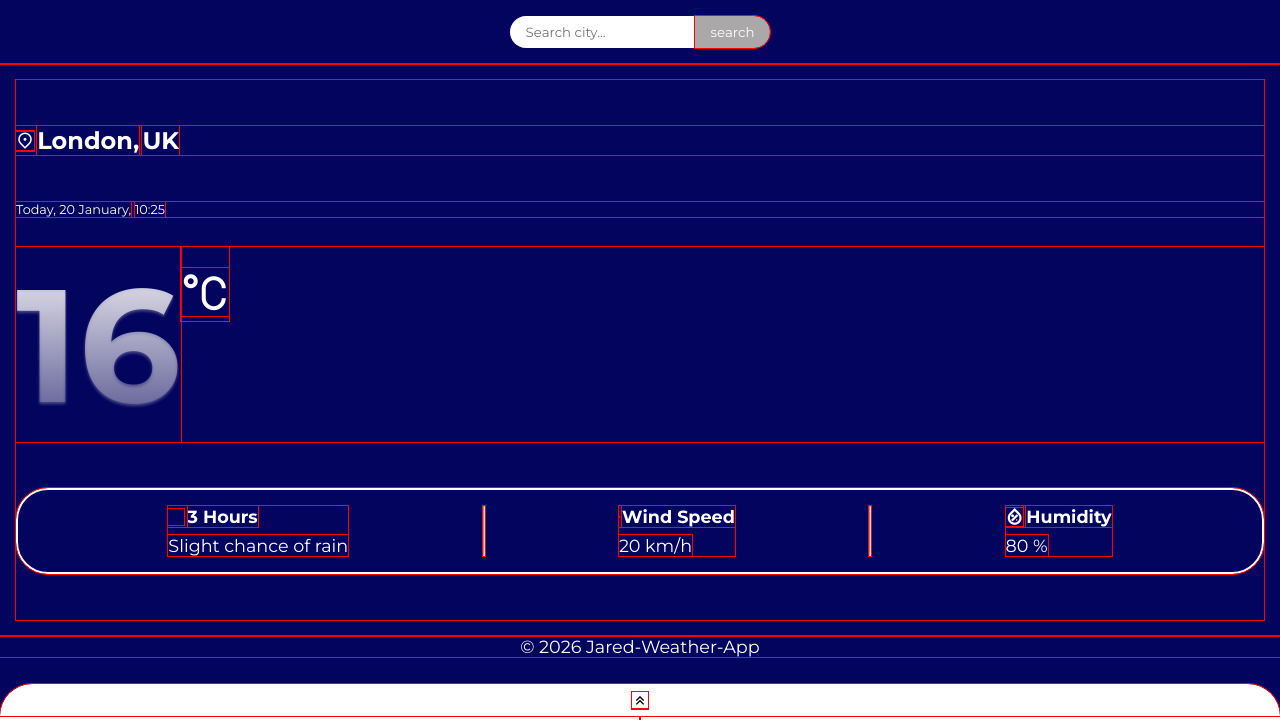
Repository: EguJaredoBoyd/Jared-Weather-App
Page: main.html
These files come from the project's save history. The page is drawn as it stood at one moment and after the next save; the edit follows.
The browser window is 1280 px wide. The pictures show the whole page.
Some icons come from a web library that is not loaded, so they are not drawn. Some web libraries are served in a nearby version.

Above is the page before, as saved 2026-02-09 02:45:27.

### main.html
<!doctype html>
<html lang="en">
  <head>
    <meta charset="UTF-8" />
    <meta name="viewport" content="width=device-width, initial-scale=1.0" />
    <link rel="preconnect" href="https://fonts.googleapis.com" />
    <link rel="preconnect" href="https://fonts.gstatic.com" crossorigin />
    <link
      href="https://fonts.googleapis.com/css2?family=Montserrat:ital,wght@0,100..900;1,100..900&display=swap"
      rel="stylesheet"
    />
    <link
      href="https://cdn.jsdelivr.net/npm/remixicon@4.8.0/fonts/remixicon.css"
      rel="stylesheet"
    />
    <link rel="stylesheet" href="./css/styles.css" />
    <script src="./js/main.js" defer></script>
    <script src="./js/weather.js" defer></script>
    <title>Jared-Weather-App</title>
  </head>
  <body class="weather-app">
    <div class="weather-app__container">
      <header>
        <div class="search-place">
          <input
            type="text"
            placeholder="Search city..."
            aria-label="Search city"
            id="search-input"
          />
          <button id="search-button">search</button>
        </div>
      </header>
      <main>
        <section class="current-weather">
          <div class="place-searched">
            <i class="ri-map-pin-2-line"></i>
            <div class="place-name">
              <h3 class="city-name">London,</h3>
              <h3 id="country-name">UK</h3>
            </div>
          </div>
          <div class="date-today">
            <time datetime="2026-01-20" id="date-time">Today, 20 January,</time>
            <time datetime="10:45" id="current-time">10:25</time>
          </div>
          <div class="place-temperature">
            <span class="place-temperature__measure" id="temp-measure">16</span>
            <span class="place-temperature__degree"
              ><i class="ri-celsius-line"></i
            ></span>
          </div>
          <div class="place-forecast">
            <article class="forecast-item forecast-item--weather">
              <div>
                <img src="" alt="" id="weather-icon" />
                <span>3 Hours</span>
              </div>
              <span id="weather-description">Slight chance of rain</span>
            </article>
            <hr />

            <article class="forecast-item forecast-item--wind">
              <div>
                <span><i class="ri-arrow-right-up-long-line"></i></span>
                <span>Wind Speed</span>
              </div>
              <span id="wind-speed">20 km/h</span>
            </article>
            <hr />

            <article class="forecast-item forecast-item--uv">
              <div>
                <span><i class="ri-water-percent-line"></i></span>
                <span>Humidity</span>
              </div>
              <span id="humidity">80 %</span>
            </article>
          </div>
        </section>
        <section class="swipe-section" aria-hidden="true" id="swipe-section">
          <!-- Slide for the hourly and daily forecast -->
          <button class="sheet-handle" id="sheet-handle" aria-expanded="false">
            <i class="ri-arrow-up-double-line" id="icon-handle"></i>
          </button>

          <div class="swipe-forecast">
            <!-- Pressure Forecast -->
            <article class="sheet-card pressure-forecast">
              <div class="weather-header">
                <span>Pressure</span>
                <span><i class="ri-sun-cloudy-line"></i></span>
              </div>
              <span id="weather-pressure">1000hPa</span>
            </article>

            <!-- Visibility and fog Forecast -->
            <article class="sheet-card visibility-forecast">
              <div class="weather-header">
                <span>Visibility</span>
                <span><i class="ri-foggy-fill"></i></span>
              </div>
              <span id="weather-visibility">1000km</span>
            </article>

            <!-- Maximum Temperature -->
            <article class="sheet-card maximum-temperature">
              <div class="weather-header">
                <span>Temperature Max</span>
                <span><i class="ri-sun-line"></i></span>
              </div>
              <div>
                <span id="weather-temp-max">16</span>
                <span><i class="ri-celsius-line"></i></span>
              </div>
            </article>

            <!-- Minimum Temperature-->
            <article class="sheet-card minimum-temperature">
              <div class="weather-header">
                <span>Temperature Min</span>
                <span><i class="ri-cloudy-line"></i></span>
              </div>
              <div>
                <span id="weather-temp-min">9</span>
                <span><i class="ri-celsius-line"></i></span>
              </div>
            </article>
          </div>
        </section>
      </main>
      <footer>
        <div><p>&copy; 2026 Jared-Weather-App</p></div>
      </footer>
    </div>
  </body>
</html>

### css/styles.css
/* ==== CSS RESET ==== */
*,
*::before,
*::after {
  margin: 0;
  padding: 0;
  box-sizing: border-box;
  outline: 1px solid red;
}

:root {
  --background-color: #03045e;
  --text-color: white;
  --font: "Montserrat", sans-serif;
}

html {
  font-size: 16px;
  height: 100%;
}

body {
  background-color: var(--background-color);
  color: var(--text-color);
  height: 100%;
  font-family: var(--font);
}

p {
  font-size: clamp(0.5rem, 2.5vw, 1.1rem);
}

.weather-app__container {
  display: flex;
  flex-direction: column;
  min-height: 100dvh;
}

.search-place {
  display: flex;
  justify-content: center;
  padding: 1rem;
}

.search-place input {
  padding: 0.5rem 1rem;
  border: none;
  border-bottom-left-radius: 1rem;
  border-top-left-radius: 1rem;
  font-family: var(--font);
  outline: none;
}

.search-place button {
  border: none;
  border-top-right-radius: 1rem;
  border-bottom-right-radius: 1rem;
  padding: 0.5rem 1rem;
  font-family: var(--font);
  margin-left: -1rem;
  background: rgb(170, 168, 168);
  color: var(--text-color);
}

main {
  display: flex;
  flex-direction: column;
  padding: 1rem;
}

.current-weather {
  display: flex;
  flex-direction: column;
  justify-content: space-evenly;
  min-height: 75dvh;
}

.place-searched {
  display: flex;
  align-items: center;
  column-gap: 0.2rem;
  font-size: large;
}

.place-name {
  display: flex;
  align-items: center;
  column-gap: 0.2rem;
}

.city-name,
#country-name {
  font-size: clamp(0.5rem, 6vw, 1.5rem);
}

.date-today {
  font-size: clamp(0.5rem, 3vw, 0.8rem);
}

.place-temperature {
  display: flex;
  align-items: center;
  position: relative;
  margin-top: -1rem;
}

.place-temperature__measure {
  font-size: clamp(5rem, 38vw, 10rem);
  font-weight: 700;
  background: linear-gradient(to bottom, white, var(--background-color));
  -webkit-background-clip: text;
  background-clip: text;
  -webkit-text-fill-color: transparent;
  text-shadow: 0 2px 3px rgba(243, 235, 235, 0.3);
}

.place-temperature__degree {
  font-size: clamp(1.5rem, 20vw, 3rem);
  align-self: flex-start;
  padding-top: 1rem;
  font-size: clamp(1rem, 10vw, 3rem);
}

.place-forecast {
  display: flex;
  justify-content: space-evenly;
  border: 2px solid white;
  border-radius: 2rem;
  padding: 1rem;
}

.forecast-item {
}

.forecast-item div {
  display: flex;
  align-items: center;
  justify-self: start;
  column-gap: 0.2rem;
  margin-bottom: clamp(0.1rem, 1vh, 1rem);
  font-size: clamp(0.5rem, 2vw, 1.1rem);
  font-weight: 700;
}

.forecast-item span {
  font-size: clamp(0.5rem, 2.5vw, 1.1rem);
}

.forecast-item--weather div span i {
  color: green;
  font-size: 100px;
}

.forecast-item--weather div img {
  width: 1rem;
  height: 1rem;
}

/* Swipe section styles */

.swipe-section {
  position: fixed;
  min-height: 100dvh;
  top: 95%;
  right: 0;
  left: 0;
  transition: transform 2s ease;
  background-color: var(--text-color);
  color: var(--background-color);
  border-radius: 2rem;
}

.swipe-section.is-open {
  transform: translateY(-30%);
}

.no-scroll {
  overflow: hidden;
}

.swipe-section button {
  margin: 0.5rem auto;
  display: flex;
  justify-self: center;
  background: none;
  border: none;
}

.swipe-section button i {
  font-size: 1rem;
}

.swipe-forecast {
  display: grid;
  grid-template-columns: repeat(2, 1fr);
  justify-content: space-between;
  min-height: 20dvh;
}

.sheet-card {
  font-size: clamp(0.5rem, 2.5vw, 1.1rem);
  padding: 1rem;
}

.weather-header {
  font-weight: 700;
  margin-bottom: 1rem;
}

footer div p {
  text-align: center;
}

### js/main.js
//Target all the buttons necessary
const swipeSection = document.getElementById("swipe-section");
const sheetHandle = document.getElementById("sheet-handle");
const iconHandle = document.getElementById("icon-handle");

//Create a function to handle swipe
function handleSwipe() {
  sheetHandle.addEventListener("click", () => {
    const isOpen = swipeSection.classList.toggle("is-open");

    //Add accessibilty and optimization
    swipeSection.setAttribute("aria-hidden", !isOpen);
    sheetHandle.setAttribute("aria-expanded", isOpen);

    //Statement to switch icons
    iconHandle.className = isOpen
      ? "ri-arrow-down-double-line"
      : "ri-arrow-up-double-line";

    //Add a class to handle the scroll
    document.body.classList.toggle("no-scroll");
  });
}

handleSwipe();

### js/weather.js
//My API key 56d08a907c0260865bb8f620502bfcbf
const WEATHER_API_KEY = "56d08a907c0260865bb8f620502bfcbf";

//Target my button and search input for city
const searchInput = document.getElementById("search-input");
const searchButton = document.getElementById("search-button");

//Target The innerHTMLs for manipulation of time elements
const cityName = document.querySelector(".city-name");
const countryName = document.getElementById("country-name");
const dateTime = document.getElementById("date-time");
const currentTime = document.getElementById("current-time");

//Target the innerHTMLs for manipulation of weather elements
const tempMeasure = document.getElementById("temp-measure");
const weatherIcon = document.getElementById("weather-icon");
const weatherDescription = document.getElementById("weather-description");
const windSpeed = document.getElementById("wind-speed");
const humidity = document.getElementById("humidity");
const weatherPressure = document.getElementById("weather-pressure");
const weatherVisibility = document.getElementById("weather-visibility");
const weatherTempMax = document.getElementById("weather-temp-max");
const weatherTempMin = document.getElementById("weather-temp-min");

//Create function to ask for weather app
async function fetchWeather(city) {
  try {
    const apiResponse = await fetch(
      `https://api.openweathermap.org/data/2.5/forecast?q=${city}&units=metric&appid=${WEATHER_API_KEY}`,
    );

    const apiData = await apiResponse.json();
    console.log(apiData);

    //Get the API weather city endpoints
    const countryCity = apiData.city;

    const cityDate = apiData.list[0];

    //Display the country in UI
    cityName.textContent = `${city},`;
    countryName.textContent = `${countryCity.country}`;

    //Get the API weather date endpoints
    const currentDateTime = cityDate.dt * 1000;
    const date = new Date(currentDateTime);
    const dateToday = date.toLocaleDateString("en-GB", {
      weekday: "short",
      month: "short",
      day: "numeric",
    });

    //Get time from new date
    function newDateTime() {
      const utcTime = Date.now();
      const timeZone = apiData.city.timezone;
      const cityTime = utcTime + timeZone * 1000;
      const cityDateTime = new Date(cityTime);

      const hours = cityDateTime.getUTCHours();
      const minutes = cityDateTime.getUTCMinutes();
      const seconds = cityDateTime.getUTCSeconds();

      //Display the date in the UI
      dateTime.textContent = `Today, ${dateToday},`;
      currentTime.textContent = `${hours}:${minutes.toString().padStart(2, "0")}:${seconds.toString().padStart(2, "0")}`;
    }

    newDateTime();

    //Function to get weather details
    function getWeatherForcast() {
      const temperature = Math.round(apiData.list[0].main.temp);
      tempMeasure.textContent = `${temperature}`;

      const description = apiData.list[0].weather[0].description;
      weatherDescription.textContent = `${description}`;

      const getIcon = apiData.list[0].weather[0].icon;
      weatherIcon.src = `https://openweathermap.org/img/wn/${getIcon}@2x.png`;
      weatherIcon.alt = `${description}`;

      const getWindSpeed = apiData.list[0].wind.speed;
      const getWindSpeedKMH = Math.round(getWindSpeed * 3.6);
      windSpeed.textContent = `${getWindSpeedKMH} km/h`;

      const getHumidity = apiData.list[0].main.humidity;
      humidity.textContent = `${getHumidity} %`;

      //Swipe Section
      const pressure = apiData.list[0].main.pressure;
      weatherPressure.textContent = `${pressure} hPa`;

      const visibility = apiData.list[0].visibility / 1000;
      weatherVisibility.textContent = `${visibility} km`;

      const tempMax = Math.round(apiData.list[0].main.temp_max);
      weatherTempMax.textContent = `${tempMax}`;

      const tempMin = Math.round(apiData.list[0].main.temp_min);
      weatherTempMin.textContent = `${tempMin}`;
    }

    getWeatherForcast();

    //Update date every minute
    setInterval(() => {
      newDateTime();
    }, 1000);
  } catch (error) {
    console.error(error.message);
  }
}

//Search for city
searchButton.addEventListener("click", () => {
  const city = searchInput.value.trim();
  if (!city) return;

  fetchWeather(city);
});

After the next save:
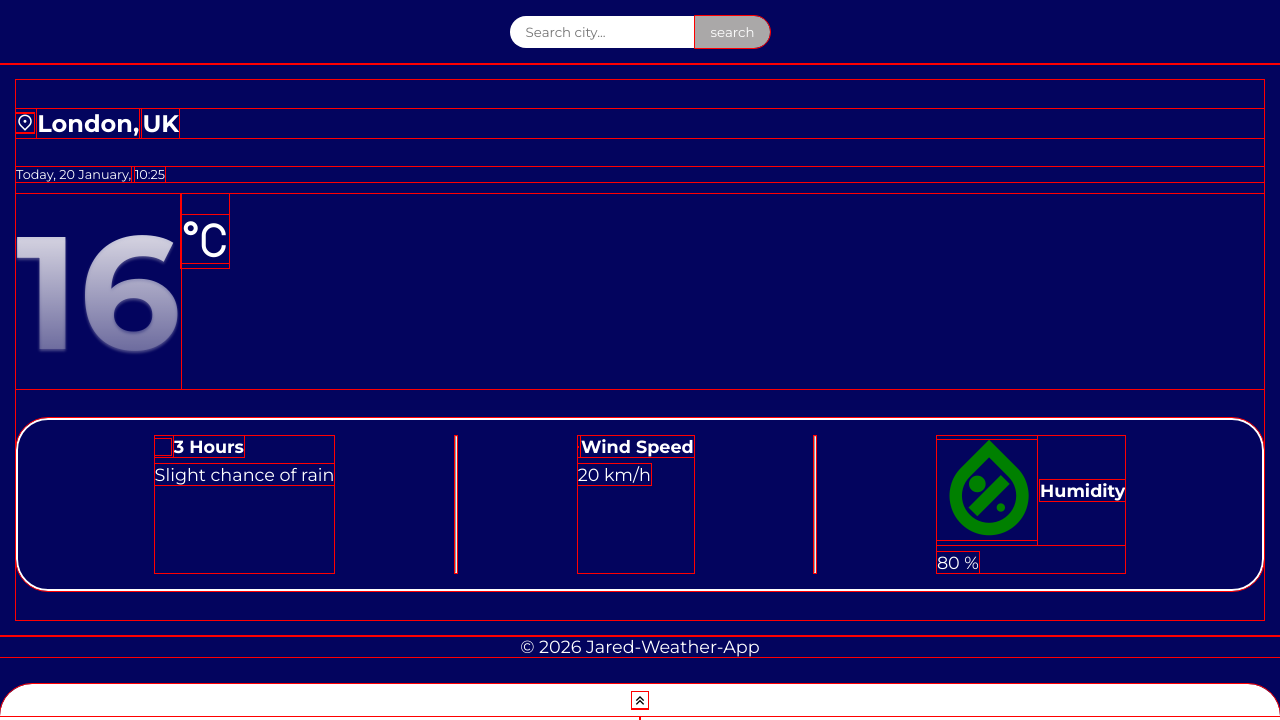
Saved 48 s later.
--- a/css/styles.css
+++ b/css/styles.css
@@ -146,7 +146,7 @@
   font-size: clamp(0.5rem, 2.5vw, 1.1rem);
 }
 
-.forecast-item--weather div span i {
+.forecast-item div span i {
   color: green;
   font-size: 100px;
 }

After the save that followed:
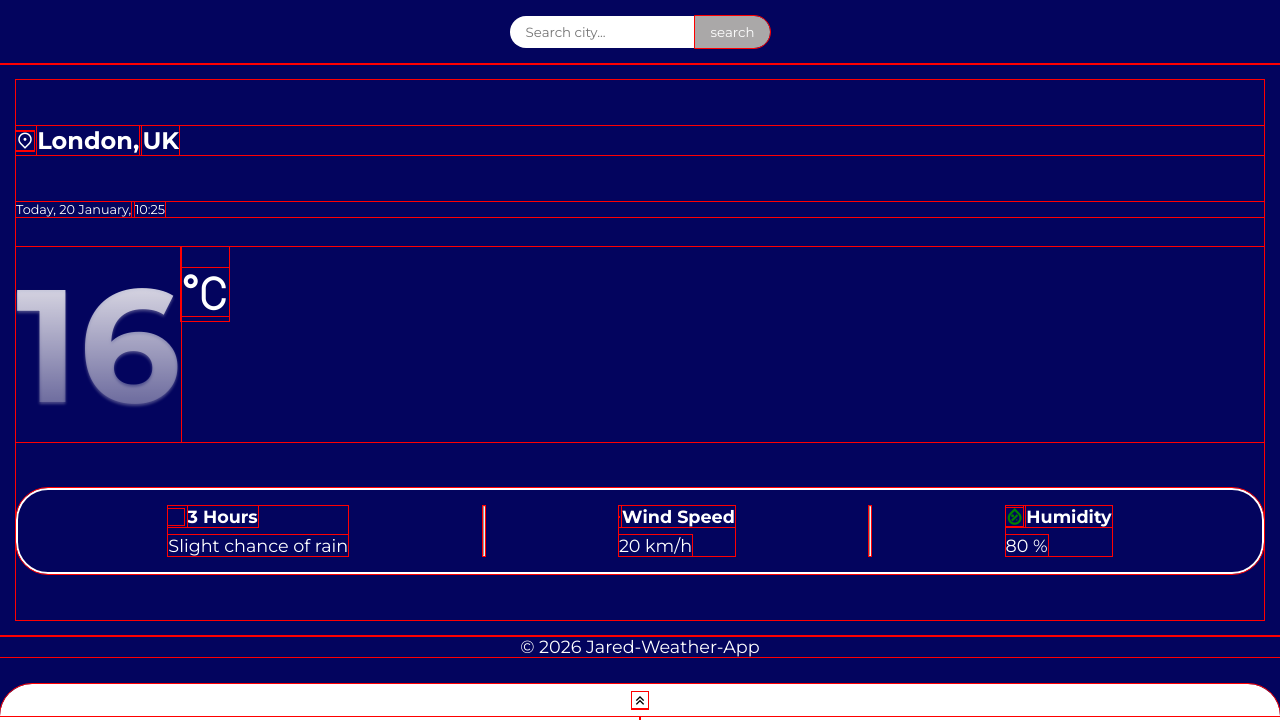
Saved 8 s later.
--- a/css/styles.css
+++ b/css/styles.css
@@ -148,7 +148,6 @@
 
 .forecast-item div span i {
   color: green;
-  font-size: 100px;
 }
 
 .forecast-item--weather div img {
